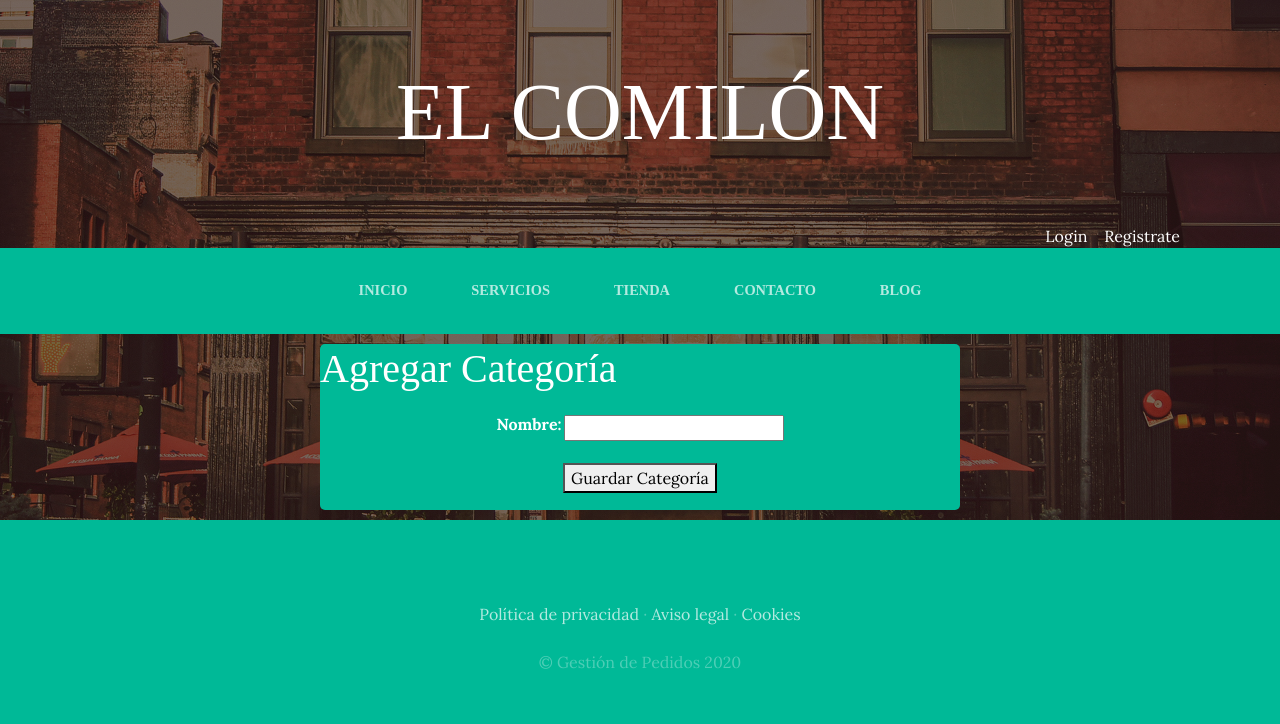
Repository: MatLarrea/Entrega_Elcomilon
Page: http://localhost/tienda/agregar_categoria/
An editor plug-in stored every save of this project. The page is shown before and after the next save, followed by the edit.
The browser window is 1280 px wide. The pictures show the whole page.
Backgrounds fixed to the window are drawn as part of the page. Some web fonts or font styles are not loaded; a fallback is used. The page is served by the project's application, run on Django 5.2 (manage.py).

Above is the page before, as saved 2024-07-11 21:57:04.
Console error: TypeError: Cannot read properties of null (reading 'addEventListener')

After the next save:
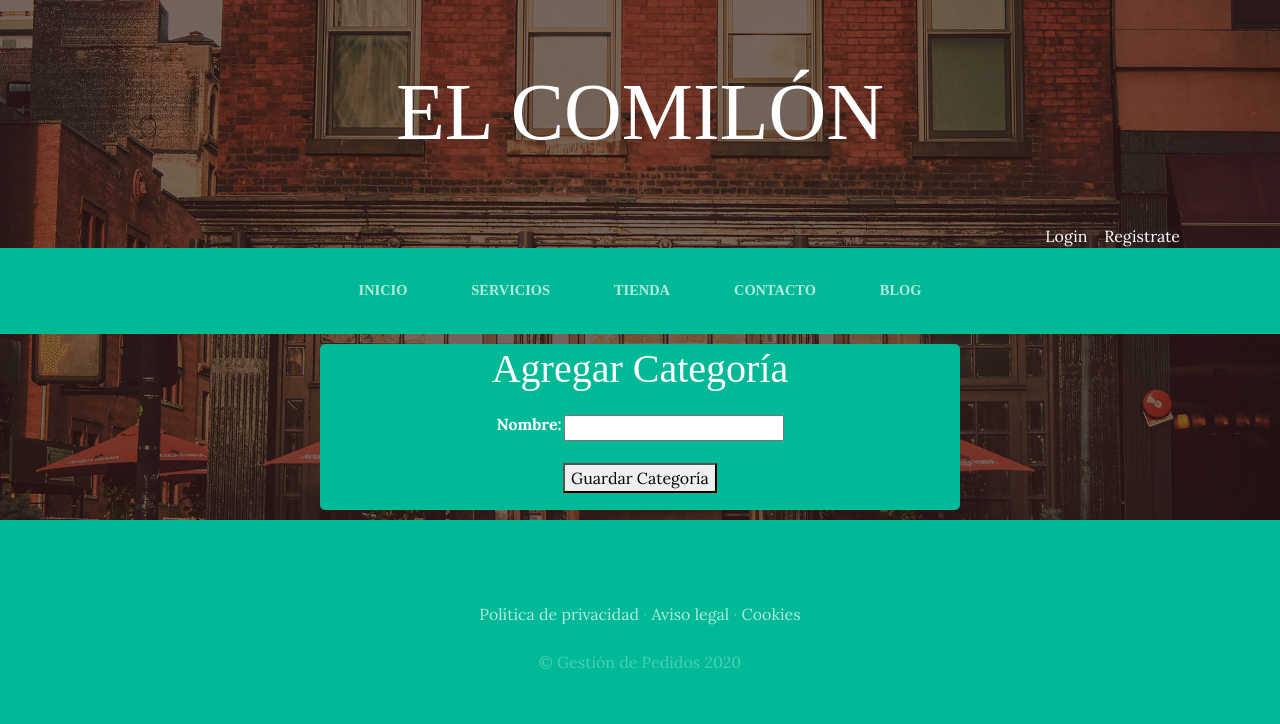
Saved 29 s later.
--- a/TiendaApp/templates/tienda/agregar_categoria.html
+++ b/TiendaApp/templates/tienda/agregar_categoria.html
@@ -4,7 +4,7 @@
 
 
 {% block content %}
-<div class="formularioContacto">
+<div class="formularioContacto" style="text-align: center;">
     <h1 style="color: white;">Agregar Categoría</h1>
     <form method="post">
         {% csrf_token %}
